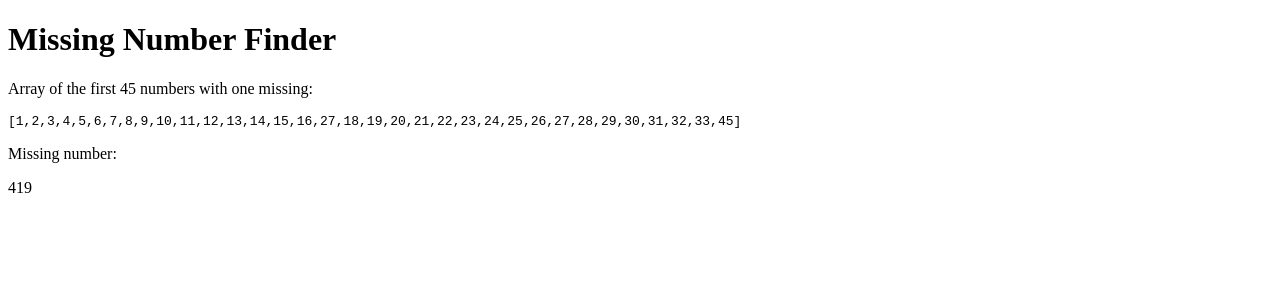
Repository: devblackie/missingNumberFinder
Page: index.html
The author's editor kept a copy of each file at every save. The page is drawn from the files as they stood at one save, then again after a run of saves.
The browser window is 1280 px wide. The pictures show the whole page.

Above is the page before, as saved 2023-08-23 14:49:03.

After the next 6 saves:
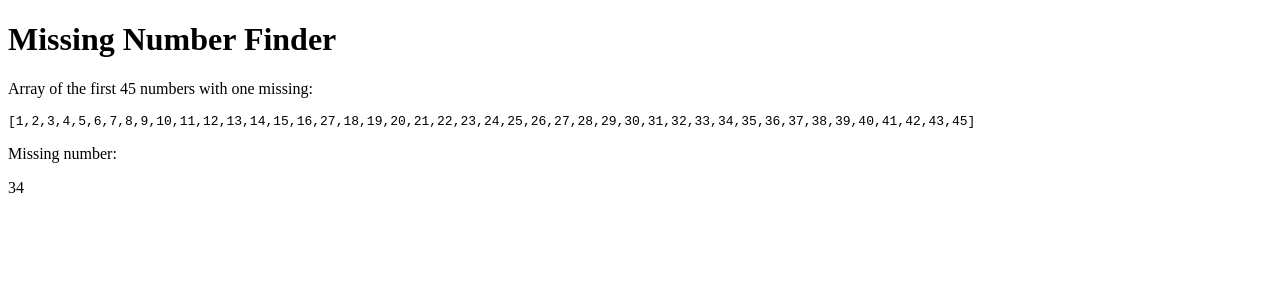
The 6 saves are shown as one change because they came seconds apart.
The last was saved 19 s later.
--- a/index.js
+++ b/index.js
@@ -6,7 +6,7 @@ function findMissingNumber(arr) {
     return totalSum - arraySum;
   }
 
-  const numbers = [1, 2, 3,4,5,6,7,8,9,10,11,12,13,14,15,16,27,18,19,20,21,22,23,24,25,26,27,28,29,30,31,32,33, 45]; // Array of the first 45 numbers with one missing
+  const numbers = [1, 2, 3,4,5,6,7,8,9,10,11,12,13,14,15,16,27,18,19,20,21,22,23,24,25,26,27,28,29,30,31,32,33,34,35,36,37,38,39,40,41,42,43, 45]; // Array of the first 45 numbers with one missing
   const missingNumber = findMissingNumber(numbers);
 
   document.getElementById("numbers").textContent = JSON.stringify(numbers);
